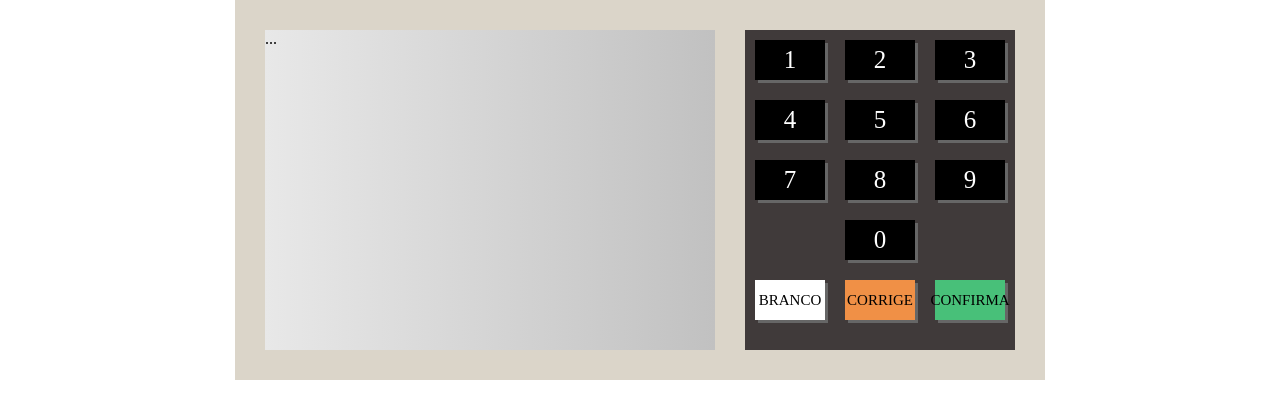
Repository: ThiagoIturra/urnaJs
Page: index.html
The author's editor kept a copy of each file at every save. The page is drawn from the files as they stood at one save, then again after the next save.
The browser window is 1280 px wide. The pictures show the whole page.

Above is the page before, as saved 2022-01-05 16:17:25.

After the next save:
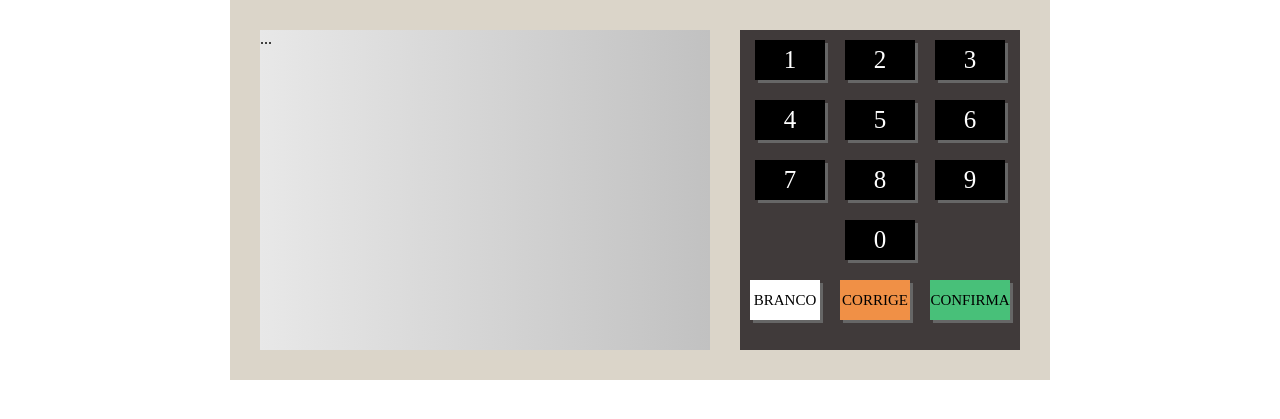
Saved 5 s later.
--- a/style.css
+++ b/style.css
@@ -60,6 +60,6 @@ body {
     color: #000;
     font-size: 15px;
     cursor: pointer;
-    width: 70px;
+    width: 80px;
     height: 40px;
 }
